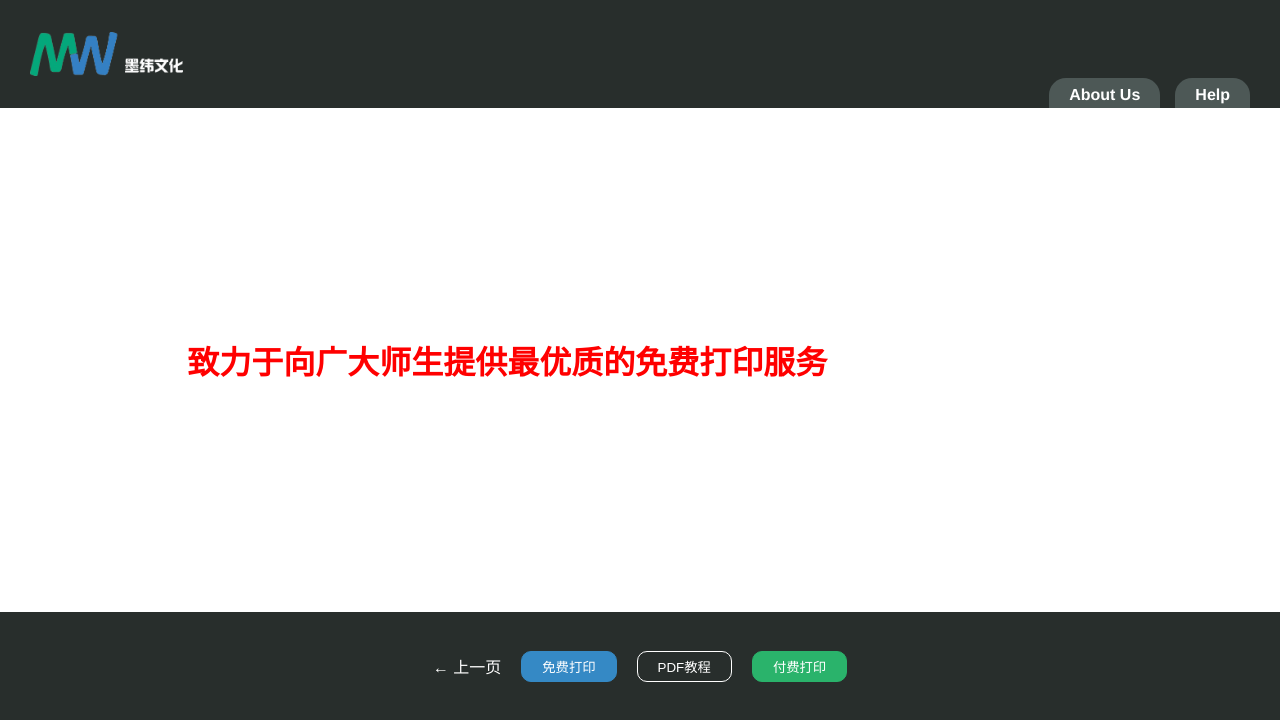
Repository: sucksucksucksuck/mw
Page: /#/about
These files come from the project's save history. The page is drawn as it stood at one moment and after the next save; the edit follows.
The browser window is 1280 px wide. The pictures show the whole page.
The project was rebuilt for these pictures with package versions that can differ from the ones it lists, and the page was loaded fresh each time. Also part of the build but not shown: webpack.config.js, src/components/HelloWorld.vue, src/components/Suck.vue, src/components/Register.vue.

Above is the page before, as saved 2018-04-13 17:37:12.

After the next save:
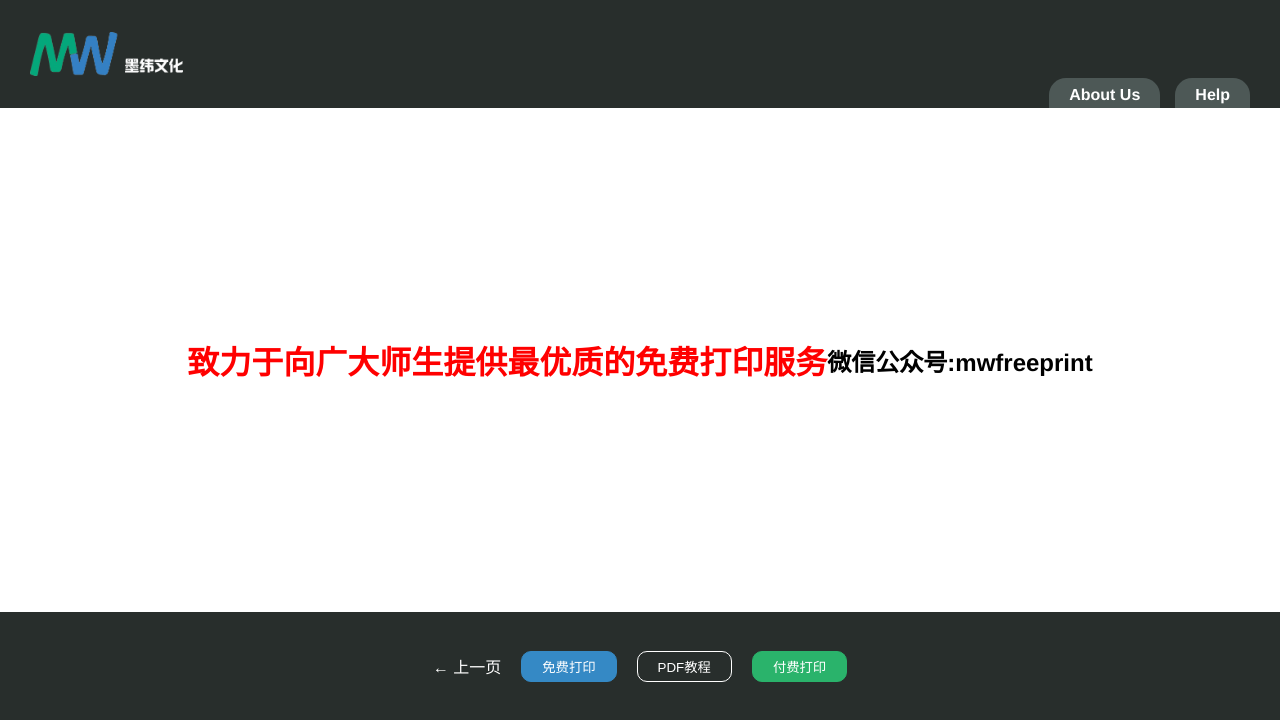
Saved 16 s later.
--- a/src/components/About.vue
+++ b/src/components/About.vue
@@ -17,7 +17,9 @@
   h1 {
     color: red;
   }
-
+  h2 {
+      color: #000;
+  }
   .about {
     display: flex;
     flex: 1;
